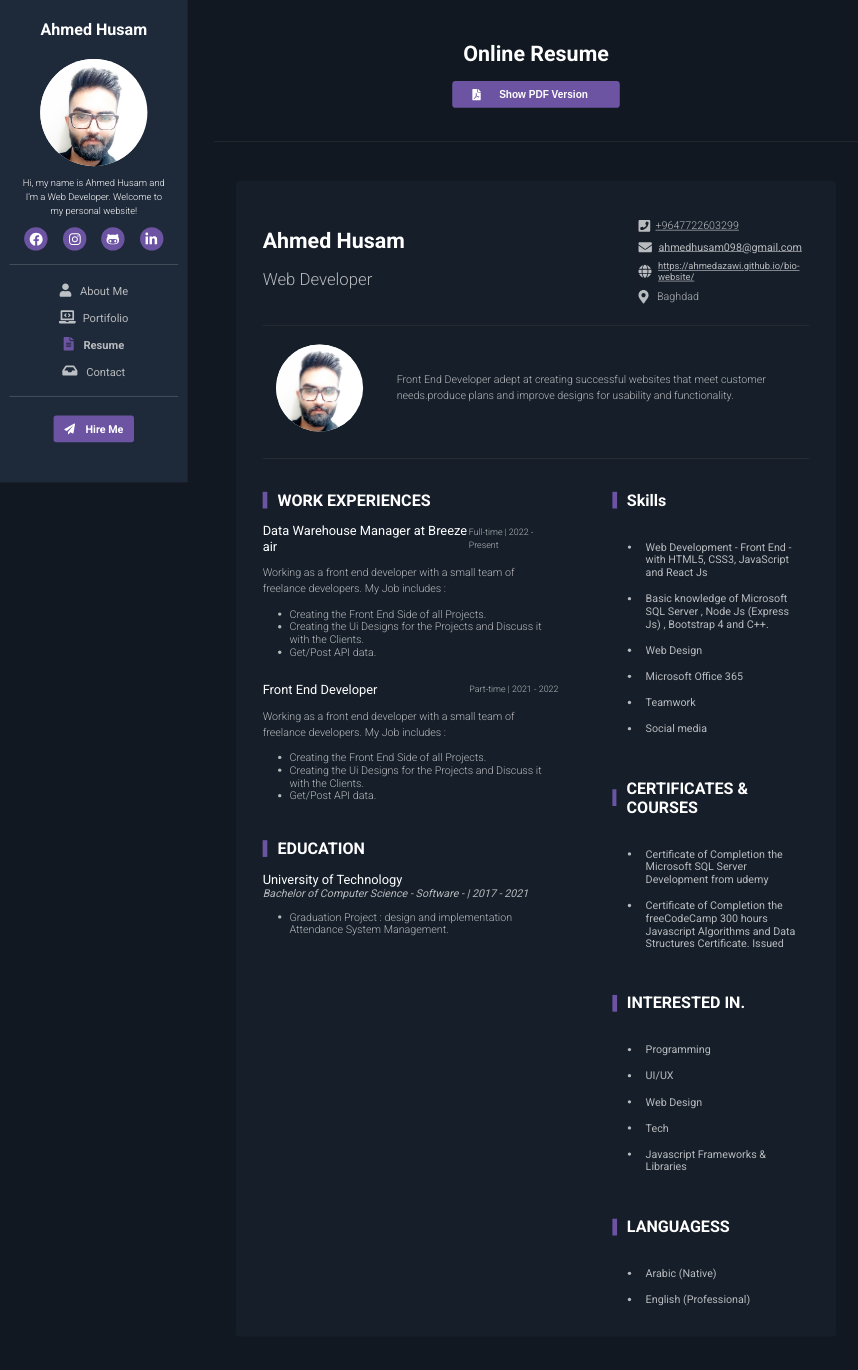
Repository: ahmedazawi/bio-website
Page: /bio-website/resume
These files come from the project's save history. The page is drawn as it stood at one moment and after the next save; the edit follows.
The browser window is 1280 px wide. The pictures show the whole page, at 67% of full size.
The project was rebuilt for these pictures with package versions that can differ from the ones it lists, and the page was loaded fresh each time. Also part of the build but not shown: src/assets/css/routes-files/about-me.css, src/components/home/Head.js, src/assets/css/routes-files/cards.css, src/components/home/Card.js, src/components/home/Cards.js, src/components/home/PojectsCard.js, src/components/home/Projects.js, src/views/AboutMe.js and 2 more.

Above is the page before, as saved 2022-08-05 11:38:11.

### public/index.html
<!DOCTYPE html>
<html lang="en">

<head>
  <meta charset="utf-8" />
  <link rel="icon" href="%PUBLIC_URL%/favicon.ico" />
  <!-- <meta name="viewport" content="width=device-width, initial-scale=1" /> -->
  <meta name="viewport" content="width=device-width">
  <meta name="theme-color" content="#000000" />
  <meta name="description" content="Web site created using create-react-app" />
  <link href="https://fonts.googleapis.com/css?family=Roboto:300,400,500,700" rel="stylesheet">
  <!--
      manifest.json provides metadata used when your web app is installed on a
      user's mobile device or desktop. See https://developers.google.com/web/fundamentals/web-app-manifest/
    -->
  <link rel="manifest" href="%PUBLIC_URL%/manifest.json" />
  <!--
      Notice the use of %PUBLIC_URL% in the tags above.
      It will be replaced with the URL of the `public` folder during the build.
      Only files inside the `public` folder can be referenced from the HTML.

      Unlike "/favicon.ico" or "favicon.ico", "%PUBLIC_URL%/favicon.ico" will
      work correctly both with client-side routing and a non-root public URL.
      Learn how to configure a non-root public URL by running `npm run build`.
    -->

  <title>Bio</title>
</head>

<body>
  <noscript>You need to enable JavaScript to run this app.</noscript>
  <div id="root"></div>
  <!--
      This HTML file is a template.
      If you open it directly in the browser, you will see an empty page.

      You can add webfonts, meta tags, or analytics to this file.
      The build step will place the bundled scripts into the <body> tag.

      To begin the development, run `npm start` or `yarn start`.
      To create a production bundle, use `npm run build` or `yarn build`.
    -->

</body>

</html>

### src/App.js
import "./assets/css/App.css";
import Sidebar from "./components/Sidebar";
import AboutMe from "./views/AboutMe";
import Resume from "./views/Resume";
import Portifolio from "./views/Portifolio";
import Contact from "./views/Contact";
import { BrowserRouter, Switch, Route } from "react-router-dom";

function App() {
  return (
    <div className="app">
      <BrowserRouter basename="/bio-website">
        <Sidebar />
        <div className="side-line">
          <Switch>
            <Route exact path="/" component={AboutMe} />
            <Route path="/resume" component={Resume} />
            <Route path="/portifolio" component={Portifolio} />
            <Route path="/contact" component={Contact} />
          </Switch>
        </div>
      </BrowserRouter>
    </div>
  );
}

export default App;

### src/assets/css/App.css
body {
  margin: 0;
  background: rgba(17, 24, 33);
  color: white;
  font-family: "Roboto";
  /* height: 100%; */
}
.app {
  display: flex;
  flex-direction: row;
  justify-content: flex-start;
}
.side-line {
  margin-left: 320px;
  width: 100%;
}
@media only screen and (max-width: 768px) {
  .app {
    flex-direction: column;
  }
  .side-line {
    margin-left: 0;
  }
}
.primary-btn {
  display: flex;
  flex-direction: row;
  border: none;
  color: rgba(255, 255, 255);
  cursor: pointer;
  width: 180px;
  height: 40px;
  background-color: rgb(108, 84, 162);
  justify-content: center;
  align-items: center;
  border-radius: 5px;
  font-weight: 300;
  transition: all 0.5s;
}
.primary-btn > span {
  margin-left: 10px;
  font-weight: bold;
  font-style: normal;
  font-size: 15px;
}
.primary-btn:hover {
  background-color: rgba(108, 84, 162, 0.8);
  transition: all 0.5s;
}
.secondary-btn {
  display: flex;
  flex-direction: row;
  border: none;
  color: rgba(255, 255, 255);
  cursor: pointer;
  width: 180px;
  height: 40px;
  background-color: rgb(48, 68, 91, 0.6);
  justify-content: center;
  align-items: center;
  border-radius: 5px;
  font-weight: 300;
  transition: all 0.5s;
}
.secondary-btn > span {
  margin-left: 10px;
  font-weight: bold;
  font-style: normal;
  font-size: 15px;
}
.secondary-btn:hover {
  background-color: rgb(48, 68, 91, 1);
  transition: all 0.5s;
}
/* ----------- portifolio & Contact page  ------------*/
.portifolio-header {
  display: flex;
  flex-direction: column;
  align-items: center;
  width: 100%;
}
.portifolio-header > h1 {
  margin-top: 60px;
}
.portifolio-header > p,
span {
  text-align: center;
  width: 70%;
  line-height: 1.5em;
  font-weight: lighter;
  color: rgb(184, 186, 189);
  margin: 0;
}
.portifolio-header > p > a {
  color: rgb(108, 84, 162);
  text-decoration: none;
  font-size: 18px;
}
.portifolio-header > p > a:hover {
  text-decoration: underline;
}
.portifolio-header .contact-icons {
  display: flex;
  flex-direction: row;
  flex-wrap: wrap;
  justify-content: space-between;
  width: 250px;
}
/* ----------------- */
/* ------------ resume page ------------ */
.resume {
  display: flex;
  flex-direction: column;
  align-items: center;
  justify-content: center;
  background-color: rgb(21, 30, 41);
  width: 85%;
  height: 100%;
  padding: 20px 40px;
  margin: 50px 0;
  border-radius: 5px;
}
.resume-head {
  display: flex;
  flex-direction: row;
  justify-content: flex-start;
  align-items: center;
  width: 100%;
}
.resume-head div:first-of-type {
  width: 80%;
}
.resume-head .resume-contact {
  margin-top: 25px;
  padding: 5px;
  display: flex;
  flex-direction: column;
  align-items: flex-start;
  color: rgb(185, 188, 191);
}

.resume-head .resume-contact > div {
  display: flex;
  flex-direction: row;
  align-items: center;
  padding: 5px 0;
  border-left: 1px solid rgb(30, 30, 43);
}
.resume-introduction {
  display: flex;
  flex-direction: row;
  align-items: center;
  padding: 20px;
}
.resume-intro-p {
  margin-left: 50px;
}
.resume-intro-p p {
  line-height: 1.5em;
  font-weight: lighter;
  color: rgb(184, 186, 189);
}

.resume-description {
  display: flex;
  flex-direction: row;
  justify-content: flex-start;
  width: 100%;
}

.resume-description p,
small {
  line-height: 1.5em;
  font-weight: lighter;
  color: rgb(184, 186, 189);
}
.resume-description big {
  color: white;
}
.resume-section-one {
  width: 60%;
  display: flex;
  flex-direction: column;
}
.resume-section-two {
  width: 40%;
  margin-left: 80px;
}
.resume-title {
  display: flex;
  flex-direction: row;
  align-items: center;
  margin-top: 20px;
}
.resume-title > div {
  width: 7px;
  height: 25px;
  background-color: rgb(108, 84, 162);
  margin-right: 15px;
}
.resume-inside-title {
  display: flex;
  flex-direction: row;
  align-items: center;
  justify-content: space-between;
}
.section-two-divs {
  display: flex;
  flex-direction: column;
  justify-content: flex-start;
  color: rgb(184, 186, 189);
}
.section-two-divs > ul > li {
  padding: 10px;
}
@media only screen and (max-width: 1060px) {
  .resume-description {
    flex-direction: column;
  }
  .resume-section-one {
    width: 100%;
    display: flex;
    flex-direction: column;
  }
  .resume-section-two {
    width: 100%;
    margin-left: 0;
  }
}
@media only screen and (max-width: 600px) {
  .resume {
    width: 70vw;
  }
  .resume-head {
    flex-direction: column;
    justify-content: center;
    align-items: flex-start;
    width: 100%;
  }
  .resume-introduction {
    flex-direction: column;
  }
  .resume-intro-p {
    margin-left: 0;
  }
  .resume-intro-p p {
    line-height: 1.5em;
    font-weight: lighter;
    color: rgb(184, 186, 189);
    text-align: center;
  }
}
@media only screen and (max-width: 300px) {
  .resume-contact > div {
    margin: 0;
    flex-wrap: wrap;
  }
  .resume-head {
    padding: 0;
  }
}

### src/views/Resume.js
import React from "react";
import Img from "../assets/images/20211023_173933.jpg";
import { FontAwesomeIcon } from "@fortawesome/react-fontawesome";
import {
  faFilePdf,
  faPhoneSquare,
  faEnvelope,
  faGlobe,
  faMapMarkerAlt,
} from "@fortawesome/free-solid-svg-icons";
const Resume = () => {
  return (
    <div
      style={{
        display: "flex",
        flexDirection: "column",
        alignItems: "center",
      }}
    >
      <div
        style={{
          display: "flex",
          flexDirection: "column",
          alignItems: "center",
          marginTop: "40px",
        }}
      >
        <h1>Online Resume</h1>
        <a
          href="https://drive.google.com/file/d/15pAaGeQzM7rIs7e_jr2EU6NALuMMxu7G/view?usp=sharing"
          style={{
            textDecoration: "none",
          }}
        >
          <button
            style={{ width: "250px", color: "white" }}
            className="primary-btn"
          >
            <FontAwesomeIcon icon={faFilePdf} size="lg" />
            <span style={{ color: "white" }}>Show PDF Version</span>
          </button>
        </a>
      </div>
      <hr
        style={{
          width: "100%",
          marginTop: "50px",
          border: "none",
          height: "1px",
          backgroundColor: "rgb(49, 48, 48)",
        }}
      />

      {/* -------------- */}
      <div className="resume">
        <div className="resume-head">
          <div>
            <h1>Ahmed Husam</h1>
            <span style={{ fontSize: "25px" }}>Web Developer</span>
          </div>
          <div className="resume-contact">
            <div>
              <FontAwesomeIcon icon={faPhoneSquare} size="lg" />
              <span style={{ textDecoration: "underline" }}>
                +9647722603299
              </span>
            </div>
            <div>
              <FontAwesomeIcon
                icon={faEnvelope}
                style={{ marginRight: "10px" }}
                size="lg"
              />
              <a
                href="mailto:ahmedhusam098@gmail.com"
                style={{ color: "rgb(184,186,189)" }}
              >
                ahmedhusam098@gmail.com
              </a>
            </div>
            <div>
              <FontAwesomeIcon
                icon={faGlobe}
                style={{ marginRight: "10px" }}
                size="lg"
              />
              <a
                href="https://ahmedazawi.github.io/bio-website/"
                style={{ color: "rgb(184,186,189)", fontSize: "14px" }}
              >
                https://ahmedazawi.github.io/bio-website/
              </a>
            </div>
            <div>
              <FontAwesomeIcon
                icon={faMapMarkerAlt}
                style={{ marginRight: "13px" }}
                size="lg"
              />
              <span style={{ color: "rgb(184,186,189)", marginLeft: "0" }}>
                Baghdad
              </span>
            </div>
          </div>
        </div>

        {/* -------- */}
        <hr
          style={{
            width: "100%",
            marginTop: "20px",
            border: "none",
            height: "1px",
            backgroundColor: "rgb(49, 48, 48)",
          }}
        />

        <div className="resume-introduction">
          <div>
            <div
              style={{ width: "130px", height: "130px" }}
              className="circle-img"
            >
              <img src={Img} alt="Portifolio-img" />
            </div>
          </div>
          <div className="resume-intro-p">
            <p>
              Front End Developer adept at creating successful websites that
              meet customer needs.produce plans and improve designs for
              usability and functionality.
            </p>
          </div>
        </div>
        <hr
          style={{
            width: "100%",
            marginTop: "20px",
            border: "none",
            height: "1px",
            backgroundColor: "rgb(49, 48, 48)",
          }}
        />

        <div className="resume-description">
          <div className="resume-section-one">
            <div className="resume-title">
              <div></div>
              <h2>WORK EXPERIENCES</h2>
            </div>
            <div>
              <div className="resume-inside-title">
                <big>Data Warehouse Manager at Breeze air</big>
                <small>Full-time | 2022 - Present</small>
              </div>
              <p>
                Working as a front end developer with a small team of freelance
                developers. My Job includes :
              </p>
              <ul
                style={{
                  fontWeight: "lighter",
                  color: "rgb(184, 186, 189) ",
                }}
              >
                <li>Creating the Front End Side of all Projects.</li>
                <li>
                  Creating the Ui Designs for the Projects and Discuss it with
                  the Clients.
                </li>
                <li>Get/Post API data.</li>
              </ul>
            </div>
            <br />
            <div>
              <div className="resume-inside-title">
                <big>Front End Developer</big>
                <small>Part-time | 2021 - 2022</small>
              </div>
              <p>
                Working as a front end developer with a small team of freelance
                developers. My Job includes :
              </p>
              <ul
                style={{
                  fontWeight: "lighter",
                  color: "rgb(184, 186, 189) ",
                }}
              >
                <li>Creating the Front End Side of all Projects.</li>
                <li>
                  Creating the Ui Designs for the Projects and Discuss it with
                  the Clients.
                </li>
                <li>Get/Post API data.</li>
              </ul>
            </div>
            <div className="resume-title">
              <div></div>
              <h2>EDUCATION</h2>
            </div>
            <div>
              <big style={{ marginBottom: "20px" }}>
                University of Technology
              </big>
              <br />
              <i style={{ color: "rgb(184,186,189)" }}>
                Bachelor of Computer Science - Software - | 2017 - 2021
              </i>
              <ul
                style={{
                  fontWeight: "lighter",
                  color: "rgb(184, 186, 189) ",
                }}
              >
                <li>
                  Graduation Project : design and implementation Attendance
                  System Management.
                </li>
              </ul>
            </div>
          </div>

          <div className="resume-section-two">
            <div className="resume-title">
              <div></div>
              <h2>Skills</h2>
            </div>
            <div className="section-two-divs">
              <ul>
                <li>
                  Web Development - Front End - with HTML5, CSS3, JavaScript and
                  React Js
                </li>
                <li>
                  Basic knowledge of Microsoft SQL Server , Node Js (Express Js)
                  , Bootstrap 4 and C++.
                </li>
                <li>Web Design</li>
                <li>Microsoft Office 365</li>
                <li>Teamwork</li>
                <li>Social media</li>
              </ul>
            </div>
            <div className="resume-title">
              <div></div>
              <h2>CERTIFICATES & COURSES</h2>
            </div>
            <div className="section-two-divs">
              <ul>
                <li>
                  Certificate of Completion the Microsoft SQL Server Development
                  from udemy
                </li>
                <li>
                  Certificate of Completion the freeCodeCamp 300 hours
                  Javascript Algorithms and Data Structures Certificate. Issued
                </li>
              </ul>
            </div>
            <div className="resume-title">
              <div></div>
              <h2>INTERESTED IN.</h2>
            </div>
            <div className="section-two-divs">
              <ul>
                <li>Programming</li>
                <li>UI/UX</li>
                <li>Web Design</li>
                <li>Tech</li>
                <li>Javascript Frameworks & Libraries</li>
              </ul>
            </div>
            <div className="resume-title">
              <div></div>
              <h2>LANGUAGESS</h2>
            </div>
            <div className="section-two-divs">
              <ul>
                <li>Arabic (Native)</li>
                <li>English (Professional)</li>
              </ul>
            </div>
          </div>
        </div>
      </div>
    </div>
  );
};

export default Resume;

### src/assets/css/sidebar.css
.sidebar {
  display: flex;
  flex-direction: column;
  align-items: center;
  position: fixed;
  width: 280px;
  height: 100%;
  background-color: rgba(30, 42, 58);
}
.navbar {
  background-color: rgba(30, 42, 58);
  min-width: 100%;
  height: 50px;
  /* top: -100px; */
  display: none;
  justify-content: flex-end;
  align-items: center;
  z-index: 3;
}
.section-one {
  display: flex;
  flex-direction: column;
  align-items: center;
}

.circle-img {
  width: 160px;
  height: 160px;
  border-radius: 50%;
  overflow: hidden;
  background-color: white;
  /* border: 1px solid rgba(108, 84, 162); */
}
.circle-img > img {
  width: 90%;
}
.section-one > p {
  text-align: center;
  font-weight: lighter;
  line-height: 1.5;
  font-size: 14px;
  width: 80%;
}
.social-circles {
  display: flex;
  flex-direction: row;
  justify-content: space-evenly;
  width: 90%;
}
.social-circles > div {
  width: 35px;
  height: 35px;
  border-radius: 50%;
  overflow: hidden;
  background: rgb(108, 84, 162);
  display: flex;
  justify-content: center;
  align-items: center;
}

.section-two {
  display: flex;
  flex-direction: column;
  align-items: center;
  width: 200px;
  margin-top: 20px;
}
.section-nav-link {
  text-decoration: none;
  color: rgb(188, 192, 196);
  transition: all 0.3s;
  -webkit-transition: all 0.3s;
  -moz-transition: all 0.3s;
  -ms-transition: all 0.3s;
  -o-transition: all 0.3s;
  font-weight: 600;
}
.section-nav-link:hover {
  color: white;
  transition: all 0.3s;
  -webkit-transition: all 0.3s;
  -moz-transition: all 0.3s;
  -ms-transition: all 0.3s;
  -o-transition: all 0.3s;
}
.nav-link {
  display: flex;
  flex-direction: row;
  /* align-items: center; */
  width: auto;
  height: 40px;
  font-size: 20px;
  /* margin-left: 15px; */
}

.nav-link > small {
  margin-left: 10px;
}
.hamburger {
  display: none;
  margin-right: 30px;
}

.bar {
  display: block;
  width: 25px;
  height: 3px;
  margin: 5px auto;
  -webkit-transition: all 0.3s ease-in-out;
  -moz-transition: all 0.3s ease-in-out;
  -ms-transition: all 0.3s ease-in-out;
  -o-transition: all 0.3s ease-in-out;
  transition: all 0.3s ease-in-out;
  background-color: white;
}

.bar-active {
  /* top: 0; */
  display: flex;
}
@media only screen and (max-width: 768px) {
  .sidebar {
    position: absolute;
    opacity: 0;
    -webkit-opacity: 0;
    flex-direction: column;
    width: 100%;
    height: 100%;
    border-bottom-right-radius: 10px;
    border-bottom-left-radius: 10px;
    transition: all 0.6s;
    -webkit-transition: all 0.3s;
    -moz-transition: all 0.3s;
    -ms-transition: all 0.3s;
    -o-transition: all 0.3s;
    text-align: center;
    box-shadow: 0 10px 27px rgba(0, 0, 0, 0.05);
    overflow: scroll;
    z-index: 1;
  }
  .sidebar-2 {
    top: -100%;
  }
  .sidebar.active {
    top: 0;
    transition: all 0.5s;
    opacity: 1;
    -webkit-opacity: 1;
    height: 100%;
  }
  .sidebar.active-2 {
    position: relative;
  }
  .hamburger {
    display: block;
    cursor: pointer;
  }

  .hamburger.active .bar:nth-child(2) {
    opacity: 0;
    -webkit-opacity: 0;
  }

  .hamburger.active .bar:nth-child(1) {
    transform: translateY(8px) rotate(45deg);
  }

  .hamburger.active .bar:nth-child(3) {
    transform: translateY(-8px) rotate(-45deg);
  }
  .navbar {
    display: flex;
    width: 100%;
  }
}

Loaded but not shown: src/index.js (common file); src/components/Sidebar.js (254 lines, source omitted)

After the next save:
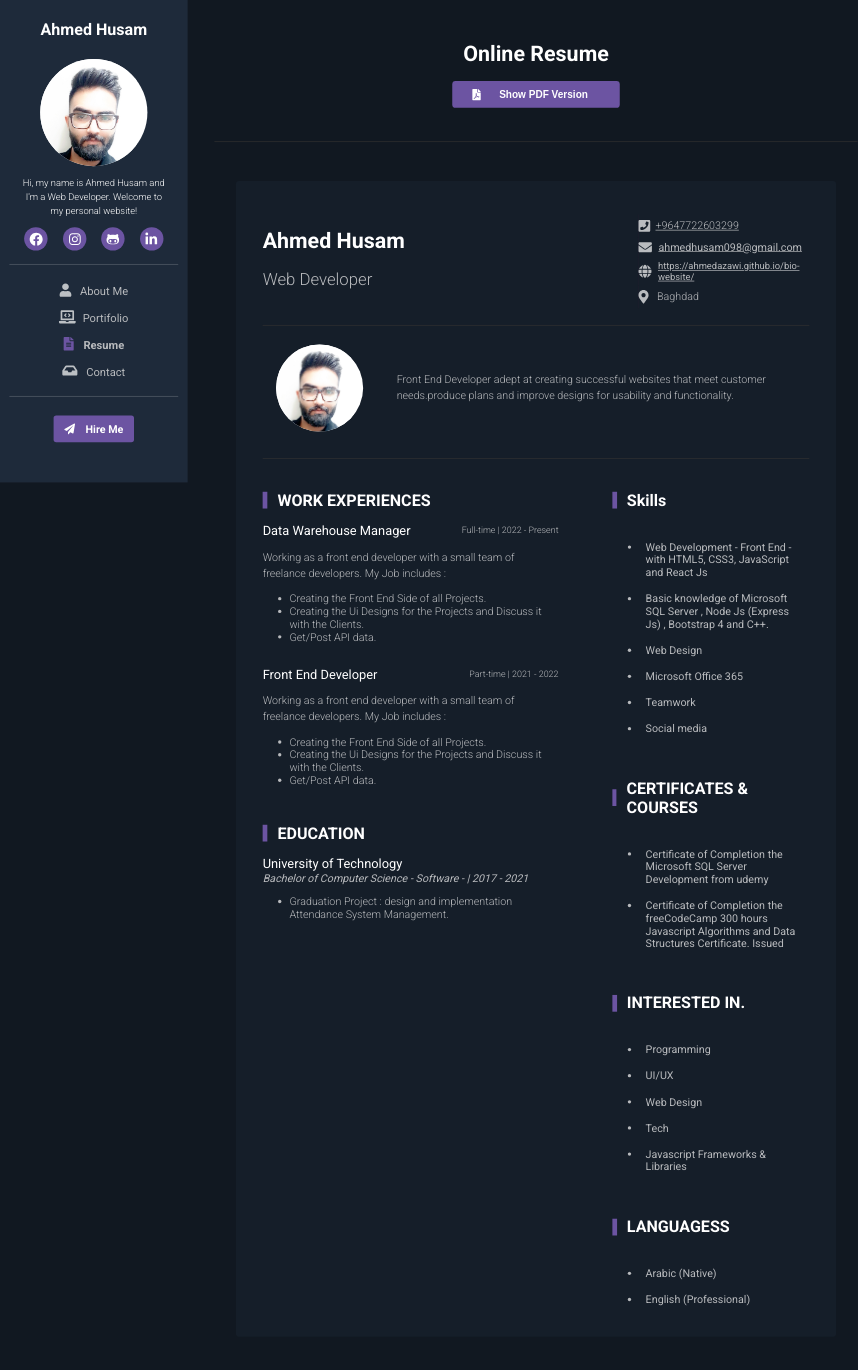
Saved 4 s later.
--- a/src/views/Resume.js
+++ b/src/views/Resume.js
@@ -150,7 +150,7 @@ const Resume = () => {
             </div>
             <div>
               <div className="resume-inside-title">
-                <big>Data Warehouse Manager at Breeze air</big>
+                <big>Data Warehouse Manager</big>
                 <small>Full-time | 2022 - Present</small>
               </div>
               <p>
